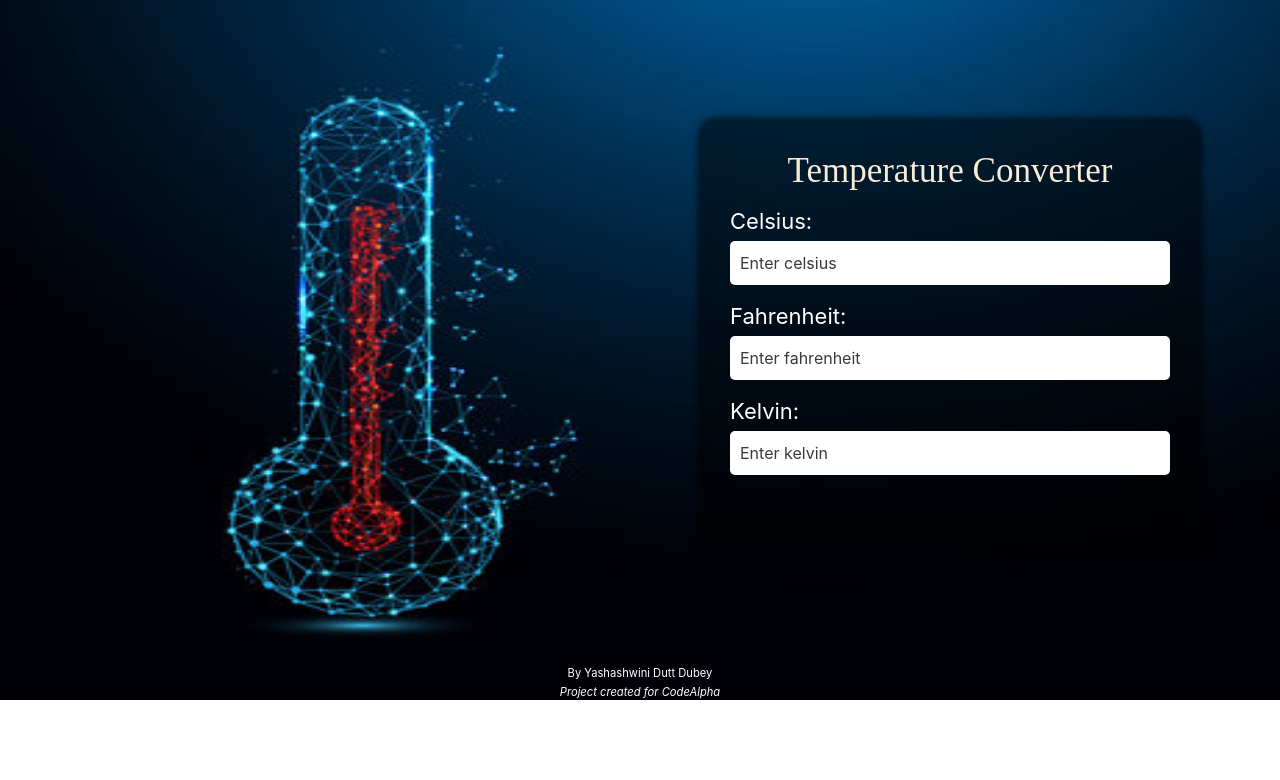
Repository: Yashashwinidutt/CodeAlpha_Temperature_Converter
Page: index.html
The author's editor kept a copy of each file at every save. The page is drawn from the files as they stood at one save, then again after the next save.
The browser window is 1280 px wide. The pictures show the whole page.

Above is the page before, as saved 2023-09-03 20:55:08.

After the next save:
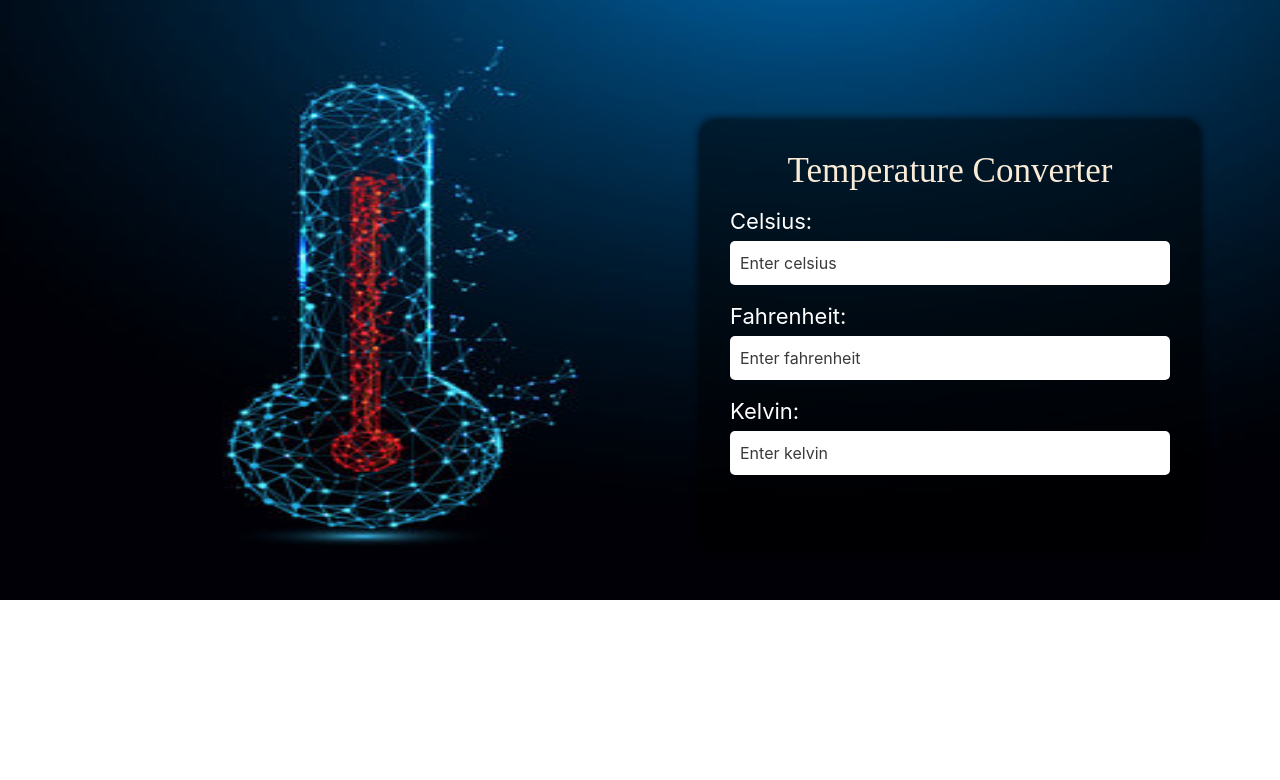
Saved 9 min 27 s later.
--- a/style.css
+++ b/style.css
@@ -6,7 +6,7 @@ body{
   height: 100vh;
   background: url("bgimg.jpg");
   background-repeat: no-repeat;
-  background-size: 1600px 700px;
+  background-size: 1600px 600px;
   overflow-y: hidden;
 }
 
